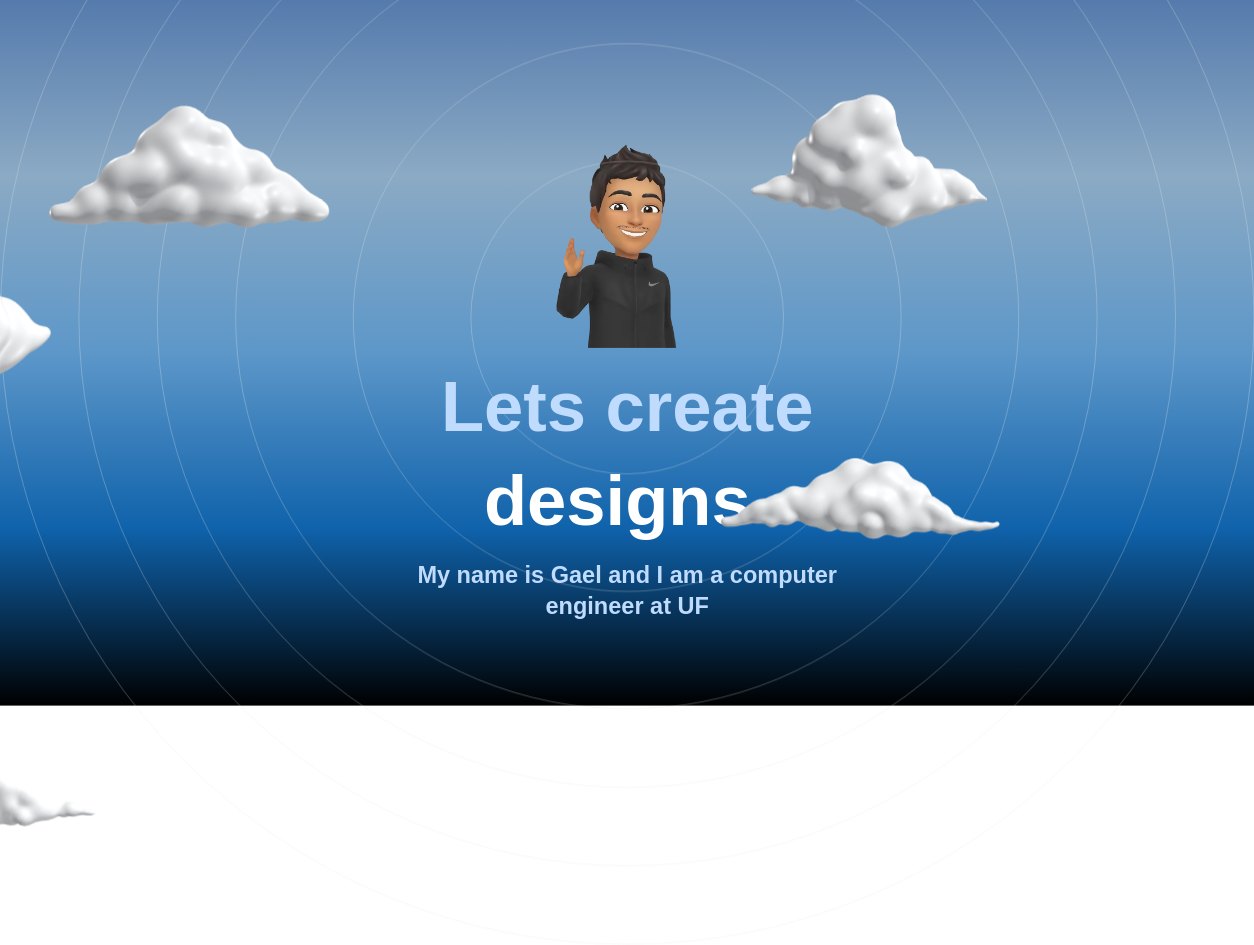
Repository: GG1627/2d-portfolio
Page: /
The author's editor kept a copy of each file at every save. The page is drawn from the files as they stood at one save, then again after a run of saves.
The browser window is 1280 px wide. The pictures show the whole page, at 98% of full size.
The project was rebuilt for these pictures with package versions that can differ from the ones it lists, and the page was loaded fresh each time. The framework's server and built-in components were replaced by stand-ins that run in the browser. Also part of the build but not shown: next.config.ts.

Above is the page before, as saved 2025-01-07 15:59:54.

### app/page.tsx
import Image from "next/image";
import { Hero } from "./components/ui/Hero";

export default function Home() {
  return (
    <div>
      <Hero />
    </div>
  );
}

### app/components/ui/Hero.tsx
"use client";
import Image from "next/image";
import { TypeAnimation } from "react-type-animation";
import React, { useRef } from "react";
import ParallaxClouds from "./Clouds";

export const Hero = () => {
  const parallaxRef = useRef<HTMLDivElement>(null); // Keeps it flexible

  return (
    <div
      style={{
        background:
          "linear-gradient(180deg, #557BAD, #8BAAC4, #5D97C9, #0F62AB, #000)",
      }}
      className="overflow-x-clip min-h-screen pt-12 flex items-center justify-center relative"
    >
      <div className="container mx-auto space-y-6 flex items-center justify-center flex-col text-center">
        <Image
          src="/avatar.png"
          alt="avatar"
          className="mx-auto"
          width={250}
          height={250}
        />
        <h1 className="text-blue-200 font-extrabold text-7xl">Lets create</h1>
        <TypeAnimation
          className="text-7xl text-white inline-block font-extrabold"
          wrapper="h1"
          cursor={true}
          repeat={Infinity}
          sequence={["experience", 1000, "websites", 1000, "designs", 1000]}
        />
        <p className="text-blue-200 text-2xl font-semibold max-w-[500px]">
          My name is Gael and I am a computer engineer at UF
        </p>
        <ParallaxClouds />
      </div>
    </div>
  );
};

### app/components/ui/Clouds.tsx
import React, { useEffect, useState } from "react";
import Cloud1 from "../../assets/cloud1.png";
import Cloud2 from "../../assets/cloud2.png";
import Cloud3 from "../../assets/cloud3.png";
import Cloud4 from "../../assets/cloud4.png";
import Cloud5 from "../../assets/cloud5.png";
import Image from "next/image";
import { Circles } from "./Circles";

const ParallaxClouds = () => {
  const [mousePosition, setMousePosition] = useState({ x: 0, y: 0 });
  const [cloudsPosition, setCloudsPosition] = useState({
    cloud1: { x: 0, y: 0 },
    cloud2: { x: 0, y: 0 },
    cloud3: { x: 0, y: 0 },
    cloud4: { x: 0, y: 0 },
    cloud5: { x: 0, y: 0 },
  });

  // Track mouse position
  const handleMouseMove = (e: MouseEvent) => {
    const { clientX, clientY } = e;
    setMousePosition({ x: clientX, y: clientY });
  };

  // Calculate cloud positions based on mouse position
  useEffect(() => {
    const updateCloudPositions = () => {
      setCloudsPosition({
        cloud1: {
          x: (mousePosition.x - window.innerWidth / 2) * 0.05,
          y: (mousePosition.y - window.innerHeight / 2) * 0.05,
        },
        cloud2: {
          x: (mousePosition.x - window.innerWidth / 2) * 0.1,
          y: (mousePosition.y - window.innerHeight / 2) * 0.1,
        },
        cloud3: {
          x: (mousePosition.x - window.innerWidth / 2) * 0.15,
          y: (mousePosition.y - window.innerHeight / 2) * 0.15,
        },
        cloud4: {
          x: (mousePosition.x - window.innerWidth / 2) * 0.2,
          y: (mousePosition.y - window.innerHeight / 2) * 0.2,
        },
        cloud5: {
          x: (mousePosition.x - window.innerWidth / 2) * 0.25,
          y: (mousePosition.y - window.innerHeight / 2) * 0.25,
        },
      });
    };

    updateCloudPositions();
  }, [mousePosition]); // Update whenever the mouse position changes

  // Add event listener for mouse movement
  useEffect(() => {
    window.addEventListener("mousemove", handleMouseMove);

    // Clean up the event listener
    return () => {
      window.removeEventListener("mousemove", handleMouseMove);
    };
  }, []);

  return (
    <div className="absolute top-[-45%] left-[50%] w-[78rem] -translate-x-1/2 aspect-square">
      <Circles />
      <Image
        src={Cloud1}
        alt="cloud 1"
        className="absolute"
        style={{
          left: `calc(-10% + ${cloudsPosition.cloud1.x}px)`,
          top: `calc(80% + ${cloudsPosition.cloud1.y}px)`,
          width: "250px", // Make the cloud smaller
          transition: "transform 0.1s ease-out",
        }}
      />
      <Image
        src={Cloud2}
        alt="cloud 2"
        className="absolute"
        style={{
          left: `calc(65% + ${cloudsPosition.cloud2.x}px)`,
          top: `calc(30% + ${cloudsPosition.cloud2.y}px)`,
          width: "250px", // Make the cloud smaller
          transition: "transform 0.1s ease-out",
        }}
      />
      <Image
        src={Cloud3}
        alt="cloud 3"
        className="absolute"
        style={{
          left: `calc(10% + ${cloudsPosition.cloud3.x}px)`,
          top: `calc(30% + ${cloudsPosition.cloud3.y}px)`,
          width: "300px", // Make the cloud smaller
          transition: "transform 0.1s ease-out",
        }}
      />
      <Image
        src={Cloud4}
        alt="cloud 4"
        className="absolute"
        style={{
          left: `calc(-10% + ${cloudsPosition.cloud4.x}px)`,
          top: `calc(45% + ${cloudsPosition.cloud4.y}px)`,
          width: "300px", // Make the cloud smaller
          transition: "transform 0.1s ease-out",
        }}
      />
      <Image
        src={Cloud5}
        alt="cloud 5"
        className="absolute"
        style={{
          left: `calc(70% + ${cloudsPosition.cloud5.x}px)`,
          top: `calc(60% + ${cloudsPosition.cloud5.y}px)`,
          width: "300px", // Make the cloud smaller

          transition: "transform 0.1s ease-out",
        }}
      />
    </div>
  );
};

export default ParallaxClouds;

### app/components/ui/Circles.tsx
export const Circles = () => {
  return (
    <>
      <div className="aspect-square absolute opacity-30 top-1/2 left-1/2 w-[60rem] border rounded-full -translate-x-1/2 -translate-y-1/2"></div>
      <div className="aspect-square absolute opacity-30 top-1/2 left-1/2 w-[50rem] border rounded-full -translate-x-1/2 -translate-y-1/2"></div>
      <div className="aspect-square absolute opacity-30 top-1/2 left-1/2 w-[35rem] border rounded-full -translate-x-1/2 -translate-y-1/2"></div>
      <div className="aspect-square absolute opacity-30 top-1/2 left-1/2 w-[20rem] border rounded-full -translate-x-1/2 -translate-y-1/2"></div>
      <div className="aspect-square absolute opacity-30 top-1/2 left-1/2 w-[70rem] border rounded-full -translate-x-1/2 -translate-y-1/2"></div>
      <div className="aspect-square absolute opacity-30 top-1/2 left-1/2 w-[80rem] border rounded-full -translate-x-1/2 -translate-y-1/2"></div>
    </>
  );
};

Loaded but not shown: app/layout.tsx (common file); app/globals.css (common file); tailwind.config.ts (common file)

After the next 2 saves:
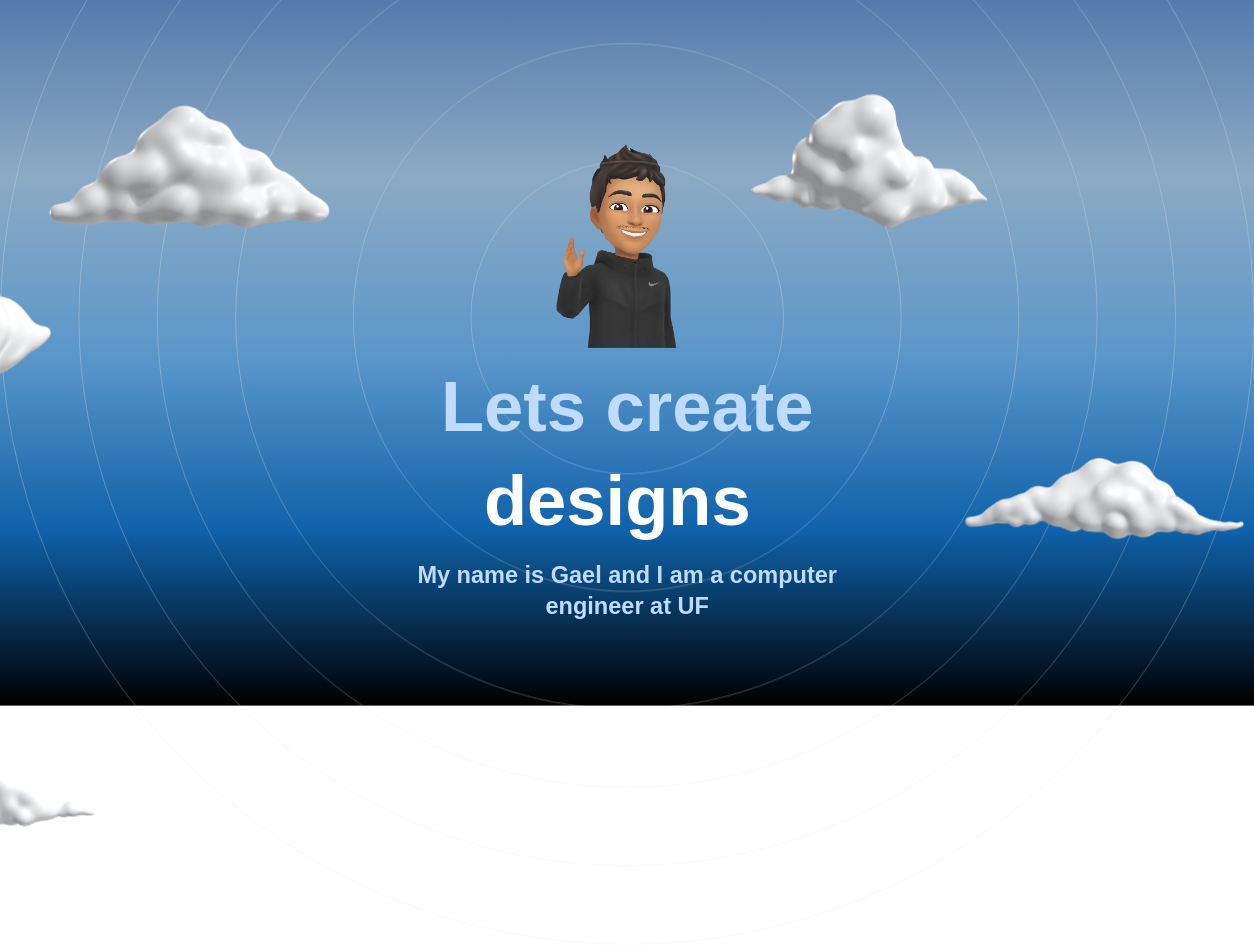
The 2 saves are shown as one change because they came seconds apart.
The last was saved 6 s later.
--- a/app/components/ui/Clouds.tsx
+++ b/app/components/ui/Clouds.tsx
@@ -115,7 +115,7 @@
         alt="cloud 5"
         className="absolute"
         style={{
-          left: `calc(70% + ${cloudsPosition.cloud5.x}px)`,
+          left: `calc(90% + ${cloudsPosition.cloud5.x}px)`,
           top: `calc(60% + ${cloudsPosition.cloud5.y}px)`,
           width: "300px", // Make the cloud smaller
 
